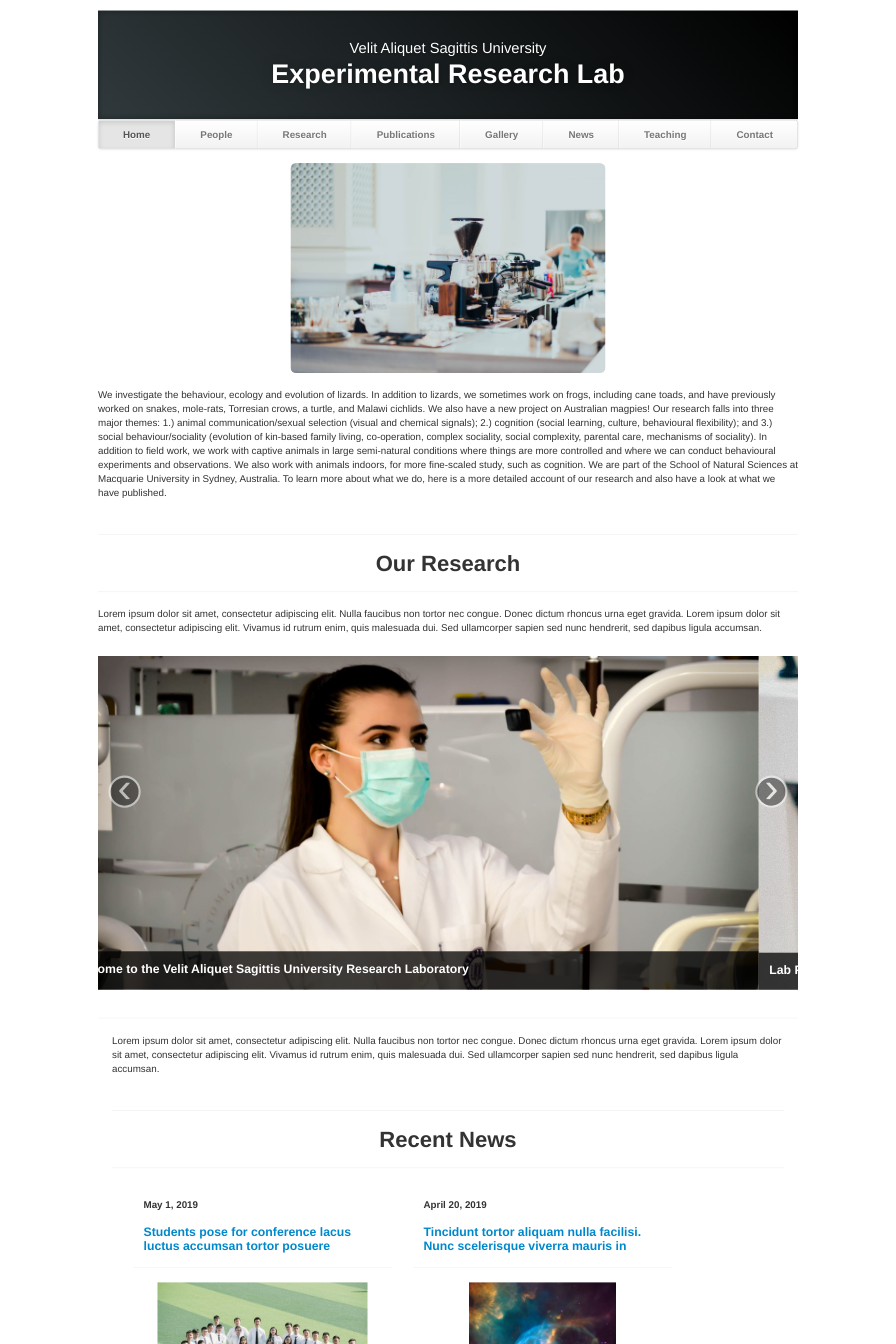
Repository: IAEUC/iaeuc.github.io
Page: index.html
These files come from the project's save history. The page is drawn as it stood at one moment and after the next save; the edit follows.
The browser window is 1280 px wide. The pictures show the part of the page from y = 0 to 1920 px (the page is 3500 px tall before and 3867 px after), at 70% of full size.

Above is the page before, as saved 2025-08-07 17:24:39.

After the next save:
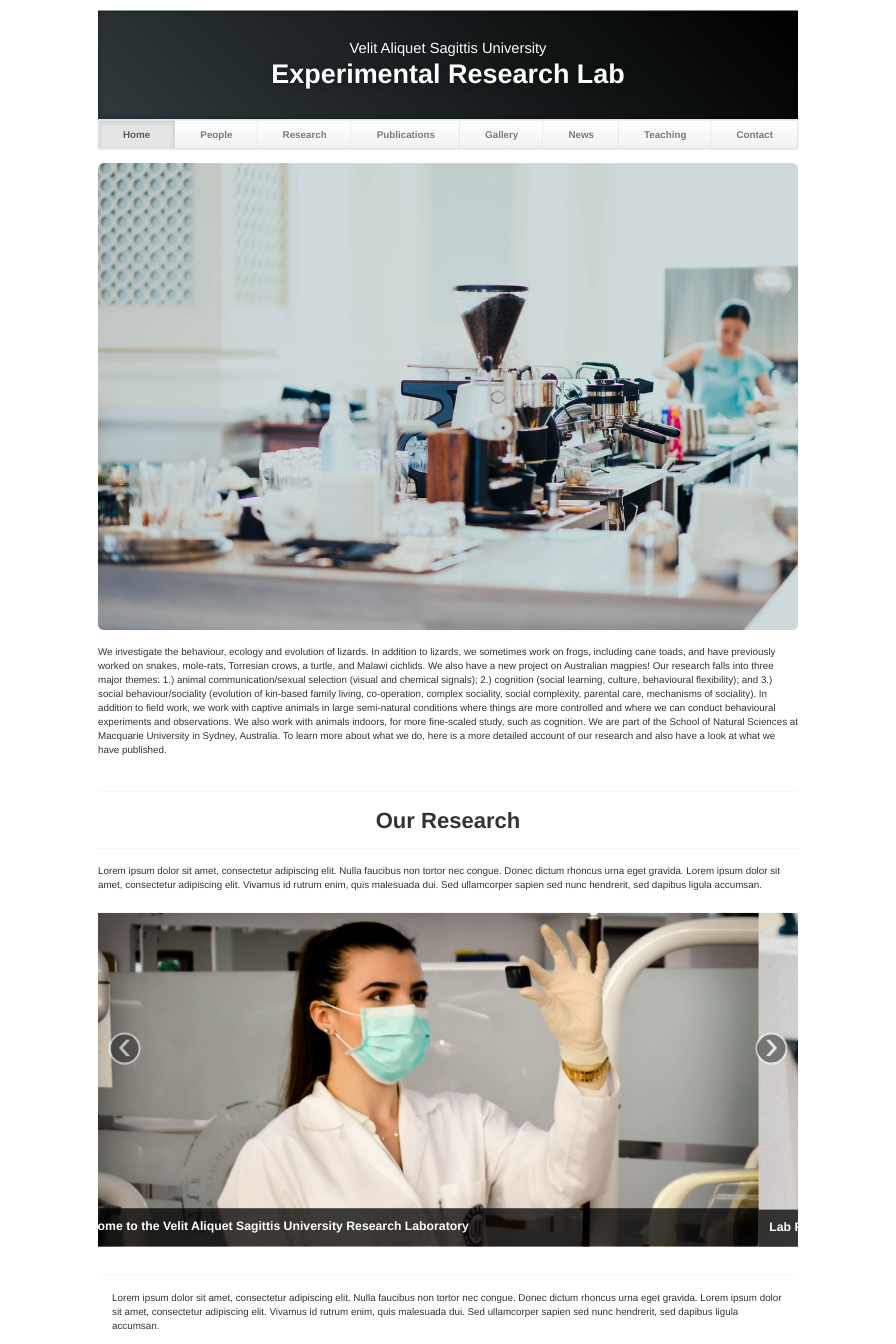
Saved 4 s later.
--- a/index.html
+++ b/index.html
@@ -39,7 +39,7 @@
          <div class="row-fluid">
             <div class="span12">
                               <div class="centered" style="margin-bottom: 20px;">
-                                 <img src="images/lab-photo.jpg" alt="Research Laboratory" style="max-width: 100%; height: 300px; object-fit: cover; border-radius: 8px;">
+                                 <img src="images/lab-photo.jpg" alt="Research Laboratory" style="max-width: 100%; height: auto; border-radius: 8px;">
                               </div>
                               <p>
                                 We investigate the behaviour, ecology and evolution of lizards. In addition to lizards, we sometimes work on frogs, including cane toads, and have previously worked on snakes, mole-rats, Torresian crows, a turtle, and Malawi cichlids. We also have a new project on Australian magpies! Our research falls into three major themes: 1.) animal communication/sexual selection (visual and chemical signals); 2.) cognition (social learning, culture, behavioural flexibility); and 3.) social behaviour/sociality (evolution of kin-based family living, co-operation, complex sociality, social complexity, parental care, mechanisms of sociality).
